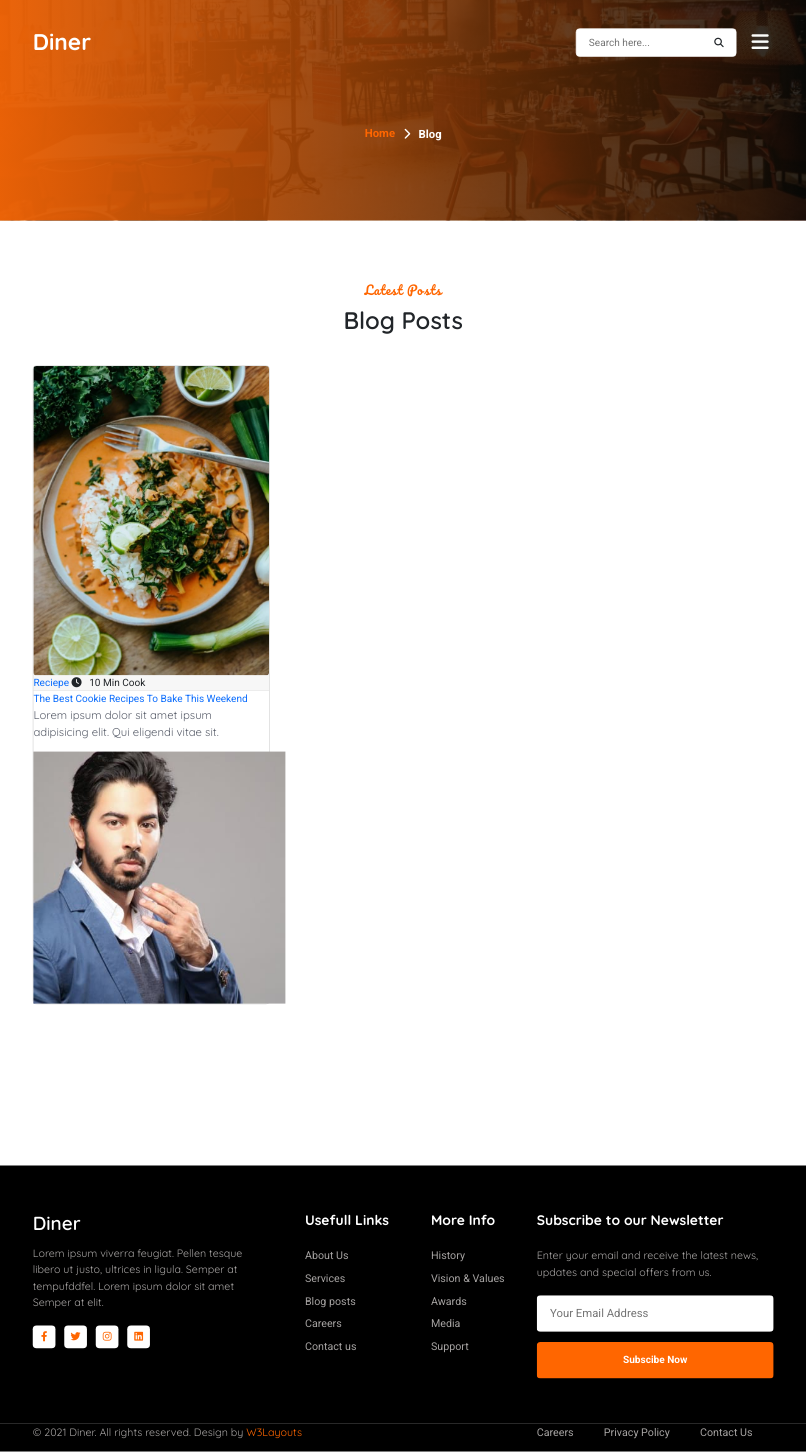
Repository: minhtrivu6199/Diner
Page: blog.html
These files come from the project's save history. The page is drawn as it stood at one moment and after the next save; the edit follows.
The browser window is 1280 px wide. The pictures show the whole page, at 63% of full size.
Backgrounds fixed to the window are drawn as part of the page. The style sheet was rebuilt from its Sass, Less or Tailwind sources for each picture, by a compiler version that may differ from the author's.

Above is the page before, as saved 2022-10-11 23:44:04.

After the next save:
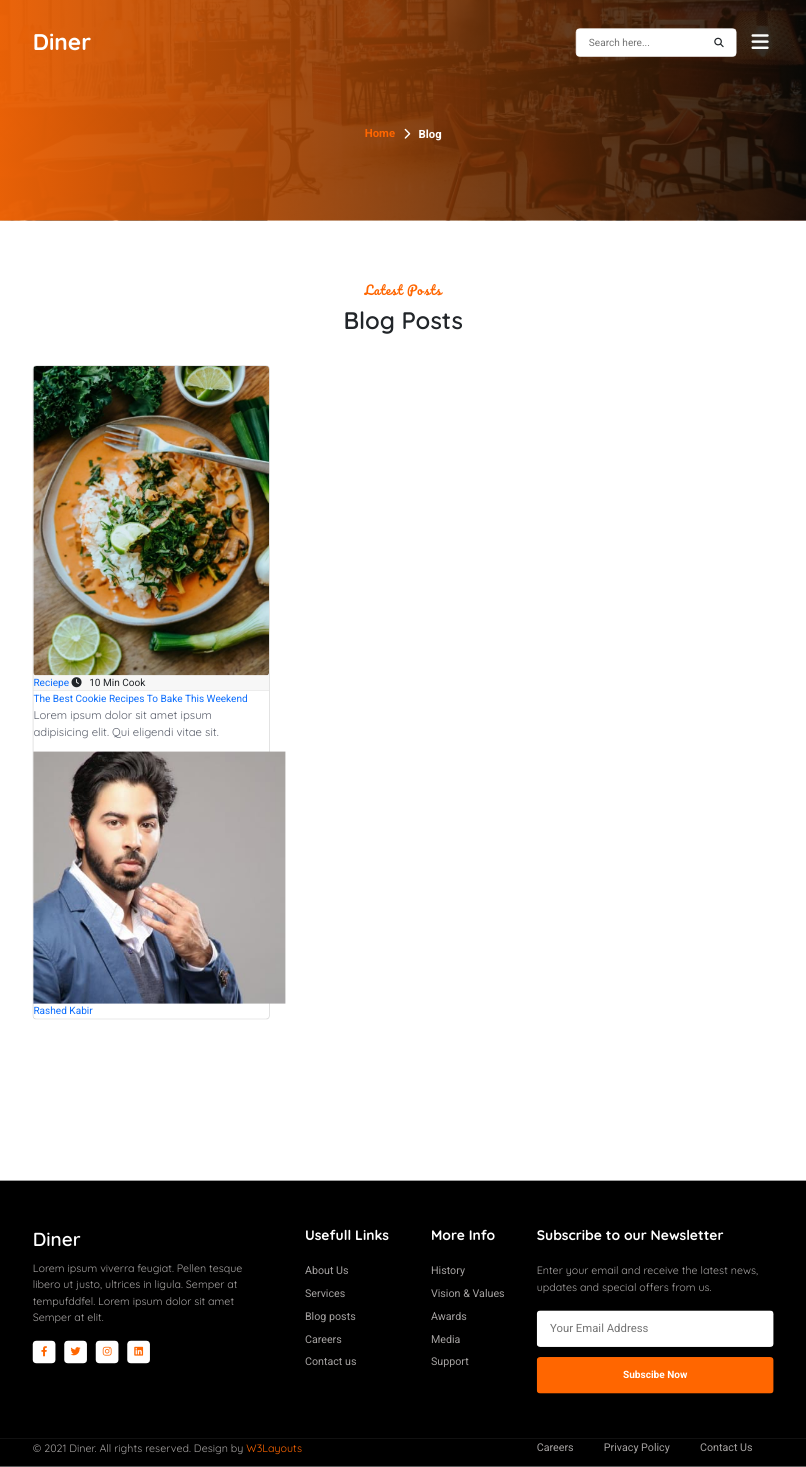
Saved 35 s later.
--- a/blog.html
+++ b/blog.html
@@ -157,6 +157,7 @@
                                             <a href="" class="img-author">
                                                 <img src="./img/team1.jpg" alt="">
                                             </a>
+                                            <a href="">Rashed Kabir</a>
                                         </div>
                                     </div>
                                 </div>
